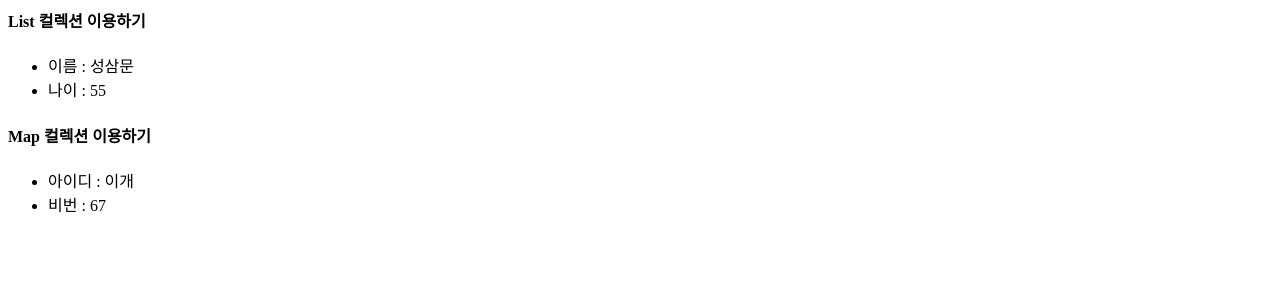
Repository: jungwoonAn/jsp_basic
Page: http://localhost/MustHaveJSP/11_JSTL/core/Set2.jsp
The author's editor kept a copy of each file at every save. The page is drawn from the files as they stood at one save, then again after the next save.
The browser window is 1280 px wide. The pictures show the whole page.
The page is served by Tomcat 10. Other server files are loaded and not shown.

Above is the page before, as saved 2024-10-24 08:19:21.

### MustHaveJSP/src/main/webapp/11_JSTL/core/Set2.jsp
<%@ page import="common.Person"%>
<%@ page import="java.util.ArrayList"%>
<%@ page import="java.util.HashMap"%>
<%@ page import="java.util.Map"%>
<%@ page import="java.util.Vector"%>
<%@ page import="java.util.List"%>
<%@ page language="java" contentType="text/html; charset=UTF-8"
    pageEncoding="UTF-8"%>
<%@ taglib prefix="c" uri="jakarta.tags.core" %>
<html>
<head><title>JSTL - set 2</title></head>
<body>
    <h4>List 컬렉션 이용하기</h4>
    <%
    ArrayList<Person> pList = new ArrayList<Person>();
    pList.add(new Person("성삼문", 55));
    pList.add(new Person("박팽년", 60));
    %>
    <c:set var="personList" value="<%= pList %>" scope="request" />
    <ul>
        <li>이름 : ${ requestScope.personList[0].name }</li>
        <li>나이 : ${ personList[0].age }</li>
    </ul>

    <h4>Map 컬렉션 이용하기</h4>
    <%
    Map<String, Person> pMap = new HashMap<String, Person>();
    pMap.put("personArgs1", new Person("하위지", 65));
    pMap.put("personArgs2", new Person("이개", 67));
    %>
    <c:set var="personMap" value="<%= pMap %>" scope="request" />
    <ul>
        <li>아이디 : ${ requestScope.personMap.personArgs2.name }</li>
        <li>비번 : ${ personMap.personArgs2.age }</li>
    </ul>
</body>
</html>

### MustHaveJSP/src/main/java/common/Person.java
package common;

public class Person {
	private String name;
	private int age;

	public Person() {}

	public Person(String name, int age) {
		this.name = name;
		this.age = age;
	}

	public String getName() {
		return name;
	}

	public void setName(String name) {
		this.name = name;
	}

	public int getAge() {
		return age;
	}

	public void setAge(int age) {
		this.age = age;
	}
}

After the next save:
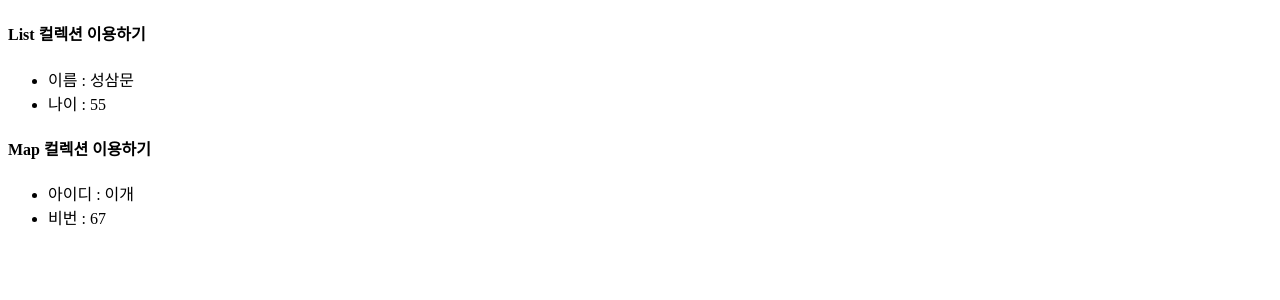
Saved 111 s later.
--- a/MustHaveJSP/src/main/webapp/11_JSTL/core/Set2.jsp
+++ b/MustHaveJSP/src/main/webapp/11_JSTL/core/Set2.jsp
@@ -7,8 +7,12 @@
 <%@ page language="java" contentType="text/html; charset=UTF-8"
     pageEncoding="UTF-8"%>
 <%@ taglib prefix="c" uri="jakarta.tags.core" %>
+<!DOCTYPE html>
 <html>
-<head><title>JSTL - set 2</title></head>
+<head>
+<meta charset="UTF-8">
+<title>JSTL - set 2</title>
+</head>
 <body>
     <h4>List 컬렉션 이용하기</h4>
     <%
